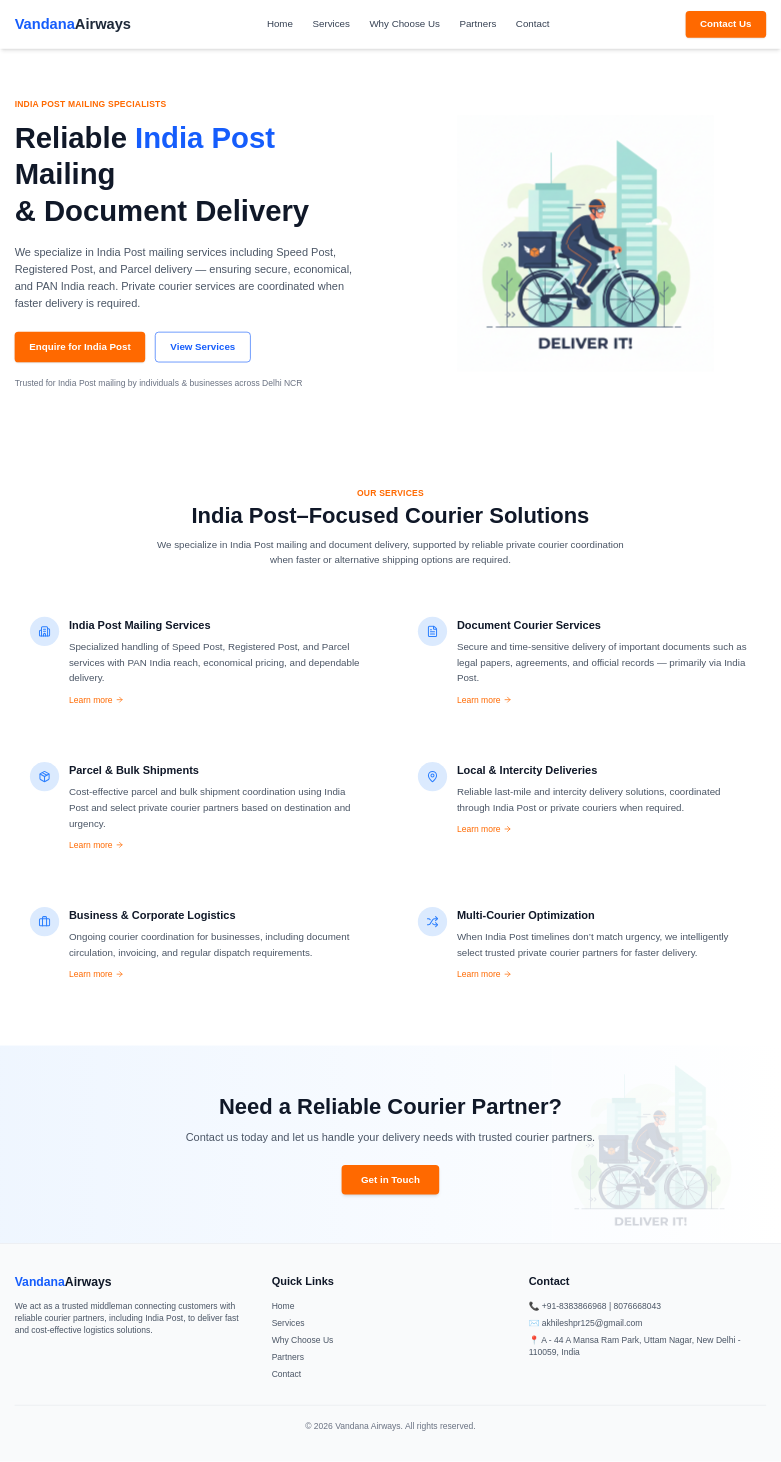
Repository: Rohit-foryou/Courier-Portfolio
Page: /
An editor plug-in stored every save of this project. The page is shown before and after the next save, followed by the edit.
The browser window is 1280 px wide. The pictures show the whole page, at 61% of full size.
The project was rebuilt for these pictures with package versions that can differ from the ones it lists, and the page was loaded fresh each time. The framework's server and built-in components were replaced by stand-ins that run in the browser. Also part of the build but not shown: next.config.ts.

Above is the page before, as saved 2026-02-11 01:07:03.

### app/layout.tsx
import "./globals.css";
import Navbar from "../components/Navbar";
import Footer from "../components/Fotter";

export const metadata = {
  title: "Courier Portfolio",
  description: "Courier & logistics service portfolio website",
};

export default function RootLayout({
  children,
}: {
  children: React.ReactNode;
}) {
  return (
    <html lang="en">
      <body>
        <Navbar />
        <main className="min-h-screen">{children}</main>
        <Footer />
      </body>
    </html>
  );
}

### app/page.tsx
import HeroSection from "../components/HeroSection";
import ServicesOverview from "../components/ServiceOverview";
import CTASection from "../components/CTASection";

export default function HomePage() {
  return (
    <>
      <HeroSection />
      <ServicesOverview />
      <CTASection />
    </>
  );
}

### components/Navbar.tsx
import Link from "next/link";

export default function Navbar() {
  return (
    <nav className="w-full bg-white sticky top-0 z-50 shadow-md">
      <div className="max-w-7xl mx-auto px-6">
        <div className="flex items-center justify-between h-20">

          {/* Logo */}
          <Link href="/" className="flex items-center">
            <span className="text-2xl font-bold text-blue-600">
              Vandana<span className="text-gray-800">Airways</span>
            </span>
          </Link>

          {/* Navigation Links */}
          <div className="hidden md:flex items-center space-x-8 text-gray-700 font-medium">
            {["Home", "Services", "Why Choose Us", "Partners", "Contact"].map(
              (item) => (
                <Link
                  key={item}
                  href={item === "Home" ? "/" : `/${item.toLowerCase().replace(/\s/g, "-")}`}
                  className="relative hover:text-blue-600 transition after:absolute after:left-0 after:-bottom-1 after:w-0 after:h-[2px] after:bg-orange-500 hover:after:w-full after:transition-all"
                >
                  {item}
                </Link>
              )
            )}
          </div>

          {/* CTA Button */}
          <Link
            href="/contact"
            className="bg-orange-500 text-white px-6 py-2.5 rounded-md font-semibold hover:bg-orange-600 transition shadow-sm"
          >
Contact Us          </Link>
        </div>
      </div>
    </nav>
  );
}

### components/Fotter.tsx
import Link from "next/link";

export default function Footer() {
  return (
    <footer className="bg-gray-50 border-t border-gray-200">
      <div className="max-w-7xl mx-auto px-6 py-12">
        <div className="grid grid-cols-1 md:grid-cols-3 gap-8">
          {/* Brand / About */}
          <div>
            <h3 className="text-xl font-bold text-blue-600">
  Vandana<span className="text-gray-900">Airways</span>
</h3>

            <p className="mt-4 text-gray-600 text-sm">
              We act as a trusted middleman connecting customers with reliable
              courier partners, including India Post, to deliver fast and
              cost-effective logistics solutions.
            </p>
          </div>

          {/* Quick Links */}
          <div>
            <h4 className="text-lg font-semibold text-gray-900 mb-4">
Quick Links</h4>
            <ul className="mt-4 space-y-2 text-sm">
              <li>
                <Link
                  href="/"
                  className="text-gray-600 hover:text-blue-600 transition"
                >
                  Home
                </Link>
              </li>
              <li>
                <Link
                  href="/services"
                  className="text-gray-600 hover:text-blue-600 transition"
                >
                  Services
                </Link>
              </li>
              <li>
                <Link
                  href="/why-choose-us"
                  className="text-gray-600 hover:text-blue-600 transition"
                >
                  Why Choose Us
                </Link>
              </li>
              <li>
                <Link
                  href="/partners"
                  className="text-gray-600 hover:text-blue-600 transition"
                >
                  Partners
                </Link>
              </li>
              <li>
                <Link
                  href="/contact"
                  className="text-gray-600 hover:text-blue-600 transition"
                >
                  Contact
                </Link>
              </li>
            </ul>
          </div>

          {/* Contact Info */}
          <div>
            <h4 className="text-lg font-semibold text-gray-900">Contact</h4>
            <ul className="mt-4 space-y-2 text-gray-600 text-sm">
              <li>📞 +91-8383866968 | 8076668043</li>
              <li>✉️ akhileshpr125@gmail.com</li>
              <li>
                📍 A - 44 A Mansa Ram Park, Uttam Nagar, New Delhi - 110059, India
              </li>
            </ul>
          </div>
        </div>

        {/* Bottom Bar */}
        <div className="mt-10 border-t border-gray-200 pt-6 text-center text-sm text-gray-500">
          © {new Date().getFullYear()} Vandana Airways. All rights reserved.
        </div>
      </div>
    </footer>
  );
}

### components/HeroSection.tsx
import Link from "next/link";
import Image from "next/image";

export default function HeroSection() {
  return (
    <section className="bg-white">
      <div className="max-w-7xl mx-auto px-6 py-20 grid grid-cols-1 md:grid-cols-2 gap-12 items-center">

        {/* Left Content */}
        <div>
          <p className="text-sm font-semibold text-orange-500 uppercase tracking-wide">
            India Post Mailing Specialists
          </p>

          <h1 className="mt-4 text-4xl md:text-5xl font-bold text-gray-900 leading-tight">
            Reliable <span className="text-blue-600">India Post</span> Mailing
            <br /> & Document Delivery
          </h1>

          <p className="mt-6 text-lg text-gray-600 max-w-xl">
            We specialize in India Post mailing services including Speed Post,
            Registered Post, and Parcel delivery — ensuring secure, economical,
            and PAN India reach. Private courier services are coordinated when
            faster delivery is required.
          </p>

          {/* CTA Buttons */}
          <div className="mt-8 flex flex-wrap gap-4">
            <Link
              href="/contact"
              className="bg-orange-500 text-white px-6 py-3 rounded-md font-semibold hover:bg-orange-600 transition shadow-sm"
            >
              Enquire for India Post
            </Link>

            <Link
              href="/services"
              className="border border-blue-600 text-blue-600 px-6 py-3 rounded-md font-semibold hover:bg-blue-50 transition"
            >
              View Services
            </Link>
          </div>

          {/* Trust Signal */}
          <p className="mt-6 text-sm text-gray-500">
            Trusted for India Post mailing by individuals & businesses across Delhi NCR
          </p>
        </div>

        {/* Right Visual */}
        <div className="flex justify-center">
          <Image
            src="/images/courier-illustration.png"
            alt="India Post mailing and courier coordination illustration"
            width={420}
            height={320}
            className="object-contain"
            priority
          />
        </div>
      </div>
    </section>
  );
}

### components/ServiceOverview.tsx
import ServiceCard from "./ServiceCard";
import {
  FileText,
  Package,
  Building2,
  MapPin,
  Briefcase,
  Shuffle,
} from "lucide-react";

export default function ServiceOverview() {
  return (
    <section className="bg-white py-20">
      <div className="max-w-7xl mx-auto px-6">

        {/* Section Header */}
        <div className="text-center max-w-3xl mx-auto">
          <p className="text-sm font-semibold text-orange-500 uppercase tracking-wide">
            Our Services
          </p>
          <h2 className="mt-2 text-3xl md:text-4xl font-bold text-gray-900">
            India Post–Focused Courier Solutions
          </h2>
          <p className="mt-4 text-gray-600">
            We specialize in India Post mailing and document delivery, supported
            by reliable private courier coordination when faster or alternative
            shipping options are required.
          </p>
        </div>

        {/* Services Grid */}
        <div className="mt-14 grid grid-cols-1 md:grid-cols-2 gap-10">

          {/* PRIMARY SERVICE */}
          <ServiceCard
            title="India Post Mailing Services"
            description="Specialized handling of Speed Post, Registered Post, and Parcel services with PAN India reach, economical pricing, and dependable delivery."
            icon={<Building2 size={20} />}
          />

          <ServiceCard
            title="Document Courier Services"
            description="Secure and time-sensitive delivery of important documents such as legal papers, agreements, and official records — primarily via India Post."
            icon={<FileText size={20} />}
          />

          <ServiceCard
            title="Parcel & Bulk Shipments"
            description="Cost-effective parcel and bulk shipment coordination using India Post and select private courier partners based on destination and urgency."
            icon={<Package size={20} />}
          />

          <ServiceCard
            title="Local & Intercity Deliveries"
            description="Reliable last-mile and intercity delivery solutions, coordinated through India Post or private couriers when required."
            icon={<MapPin size={20} />}
          />

          <ServiceCard
            title="Business & Corporate Logistics"
            description="Ongoing courier coordination for businesses, including document circulation, invoicing, and regular dispatch requirements."
            icon={<Briefcase size={20} />}
          />

          <ServiceCard
            title="Multi-Courier Optimization"
            description="When India Post timelines don’t match urgency, we intelligently select trusted private courier partners for faster delivery."
            icon={<Shuffle size={20} />}
          />
        </div>
      </div>
    </section>
  );
}

### components/CTASection.tsx
import Link from "next/link";
import Image from "next/image";

export default function CTASection() {
  return (
    <section className="relative overflow-hidden bg-gradient-to-r from-blue-50 to-white py-20">

      {/* Background Image (subtle, like Trackon) */}
      <div className="absolute right-0 top-0 h-full w-1/3 opacity-20 hidden md:block">
        <Image
          src="/images/courier-illustration.png"
          alt="Courier illustration"
          fill
          className="object-contain"
        />
      </div>

      {/* Content */}
      <div className="relative max-w-4xl mx-auto text-center px-6">
        <h2 className="text-3xl md:text-4xl font-bold text-gray-900">
          Need a Reliable Courier Partner?
        </h2>

        <p className="mt-4 text-gray-600 text-lg">
          Contact us today and let us handle your delivery needs with trusted
          courier partners.
        </p>

        <Link
          href="/contact"
          className="inline-block mt-8 bg-orange-500 hover:bg-orange-600 text-white px-8 py-3 rounded-md font-semibold transition shadow-md"
        >
          Get in Touch
        </Link>
      </div>
    </section>
  );
}

### components/ServiceCard.tsx
import Link from "next/link";
import { ArrowRight } from "lucide-react";
import { ReactNode } from "react";

type ServiceCardProps = {
  title: string;
  description: string;
  icon: ReactNode;
};

export default function ServiceCard({
  title,
  description,
  icon,
}: ServiceCardProps) {
  return (
    <div className="group flex gap-4 p-6 bg-white hover:bg-gray-50 transition rounded-lg border border-transparent hover:border-gray-200">

      {/* Icon */}
      <div className="flex-shrink-0">
        <div className="w-12 h-12 rounded-full bg-blue-100 flex items-center justify-center text-blue-500">
          {icon}
        </div>
      </div>

      {/* Content */}
      <div>
        <h3 className="text-lg font-semibold text-gray-900">
          {title}
        </h3>

        <p className="mt-2 text-gray-600 leading-relaxed">
          {description}
        </p>

        <Link
          href="/services"
          className="inline-flex items-center gap-1 mt-3 text-sm font-medium text-orange-500 hover:gap-2 transition-all"
        >
          Learn more <ArrowRight size={14} />
        </Link>
      </div>
    </div>
  );
}

Loaded but not shown: app/globals.css (common file)

After the next save:
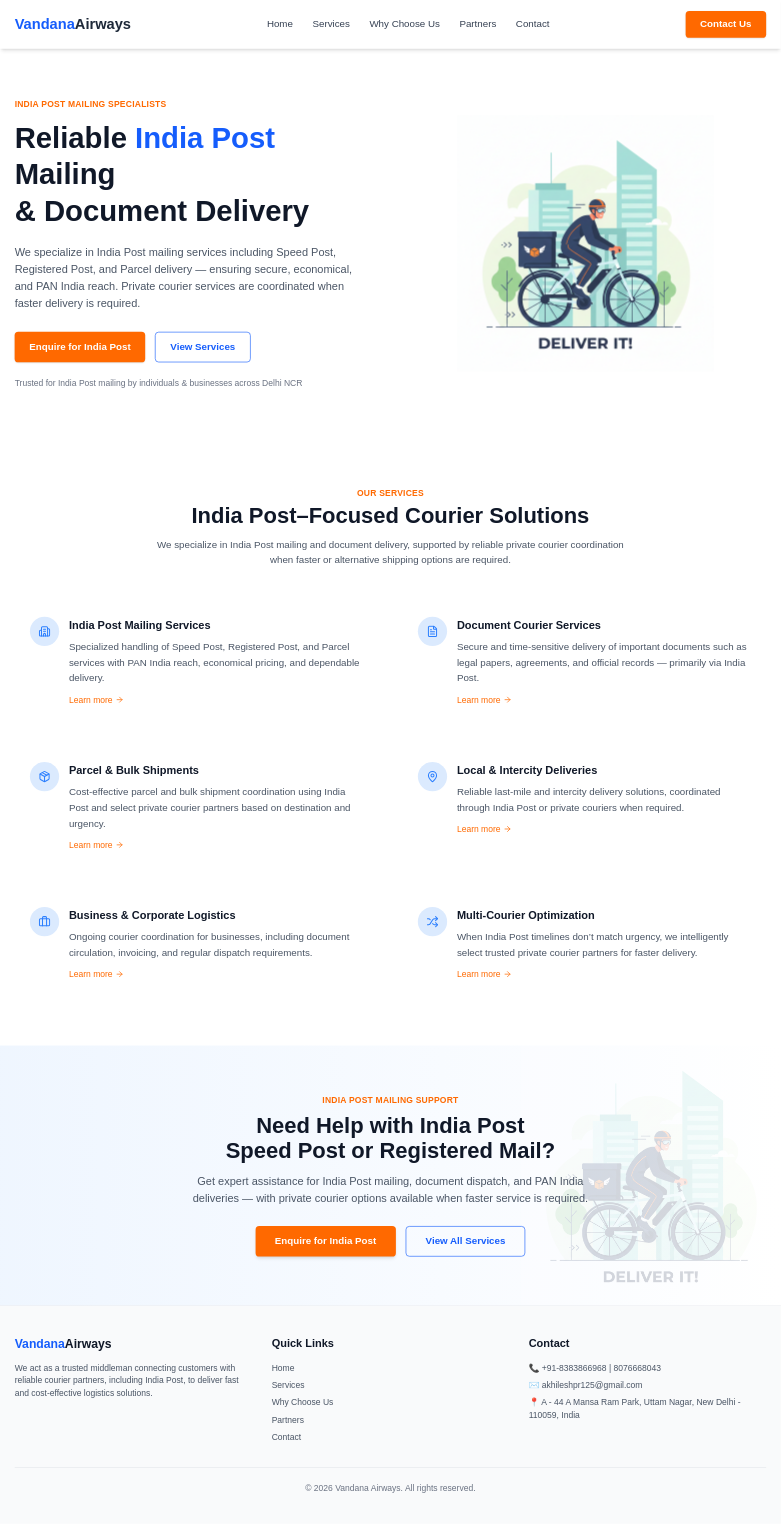
Saved 79 s later.
--- a/components/CTASection.tsx
+++ b/components/CTASection.tsx
@@ -5,11 +5,11 @@
   return (
     <section className="relative overflow-hidden bg-gradient-to-r from-blue-50 to-white py-20">
 
-      {/* Background Image (subtle, like Trackon) */}
-      <div className="absolute right-0 top-0 h-full w-1/3 opacity-20 hidden md:block">
+      {/* Background Illustration (subtle) */}
+      <div className="absolute right-0 top-0 h-full w-1/3 opacity-20 hidden md:block pointer-events-none">
         <Image
           src="/images/courier-illustration.png"
-          alt="Courier illustration"
+          alt="India Post mailing illustration"
           fill
           className="object-contain"
         />
@@ -17,21 +17,43 @@
 
       {/* Content */}
       <div className="relative max-w-4xl mx-auto text-center px-6">
-        <h2 className="text-3xl md:text-4xl font-bold text-gray-900">
-          Need a Reliable Courier Partner?
+        <p className="text-sm font-semibold text-orange-500 uppercase tracking-wide">
+          India Post Mailing Support
+        </p>
+
+        <h2 className="mt-3 text-3xl md:text-4xl font-bold text-gray-900">
+          Need Help with India Post
+          <br className="hidden sm:block" /> Speed Post or Registered Mail?
         </h2>
 
-        <p className="mt-4 text-gray-600 text-lg">
-          Contact us today and let us handle your delivery needs with trusted
-          courier partners.
+        <p className="mt-4 text-gray-600 text-lg max-w-2xl mx-auto">
+          Get expert assistance for India Post mailing, document dispatch,
+          and PAN India deliveries — with private courier options available
+          when faster service is required.
         </p>
 
-        <Link
-          href="/contact"
-          className="inline-block mt-8 bg-orange-500 hover:bg-orange-600 text-white px-8 py-3 rounded-md font-semibold transition shadow-md"
-        >
-          Get in Touch
-        </Link>
+        <div className="mt-8 flex justify-center gap-4 flex-wrap">
+          <Link
+            href="/contact"
+            className="
+              bg-orange-500 text-white px-8 py-3 rounded-md font-semibold
+              hover:bg-orange-600 hover:scale-[1.03]
+              transition-all shadow-md
+            "
+          >
+            Enquire for India Post
+          </Link>
+
+          <Link
+            href="/services"
+            className="
+              border border-blue-600 text-blue-600 px-8 py-3 rounded-md font-semibold
+              hover:bg-blue-50 transition
+            "
+          >
+            View All Services
+          </Link>
+        </div>
       </div>
     </section>
   );
